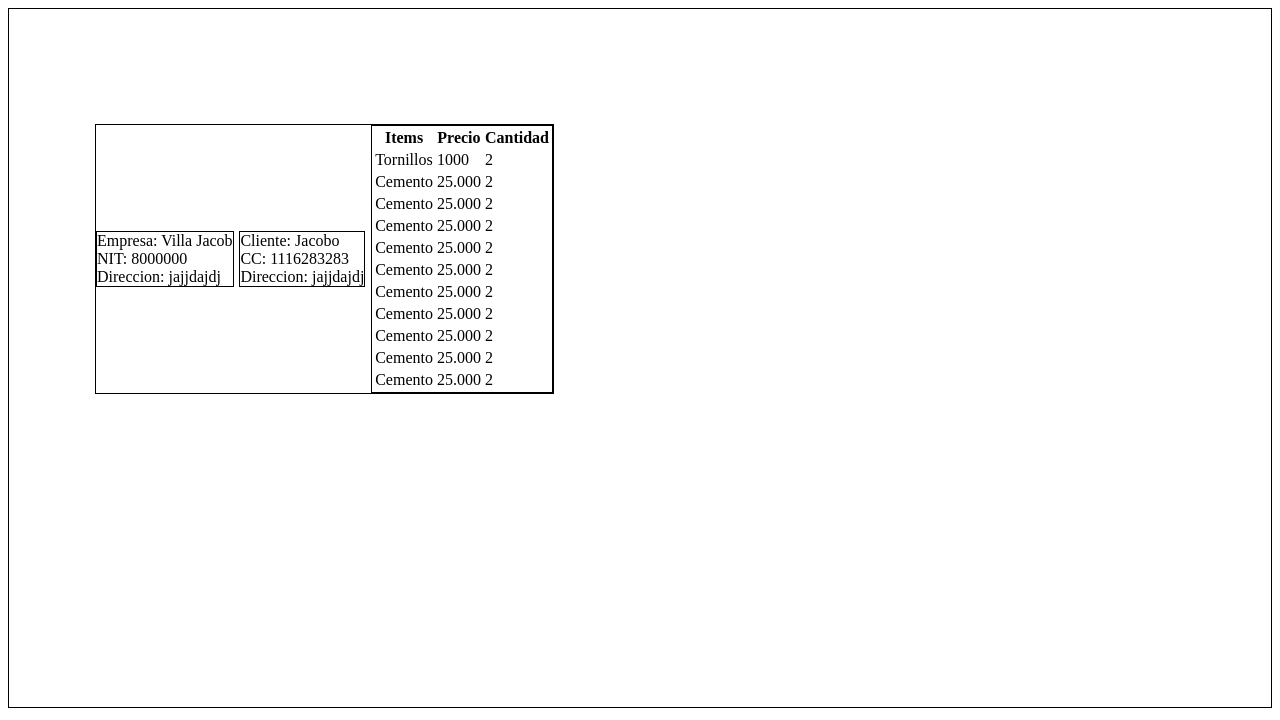
Repository: MrVanQish/FacturaEstructura
Page: index.html
An editor plug-in stored every save of this project. The page is shown before and after the next save, followed by the edit.
The browser window is 1280 px wide. The pictures show the whole page.

Above is the page before, as saved 2021-09-29 10:17:51.

After the next save:
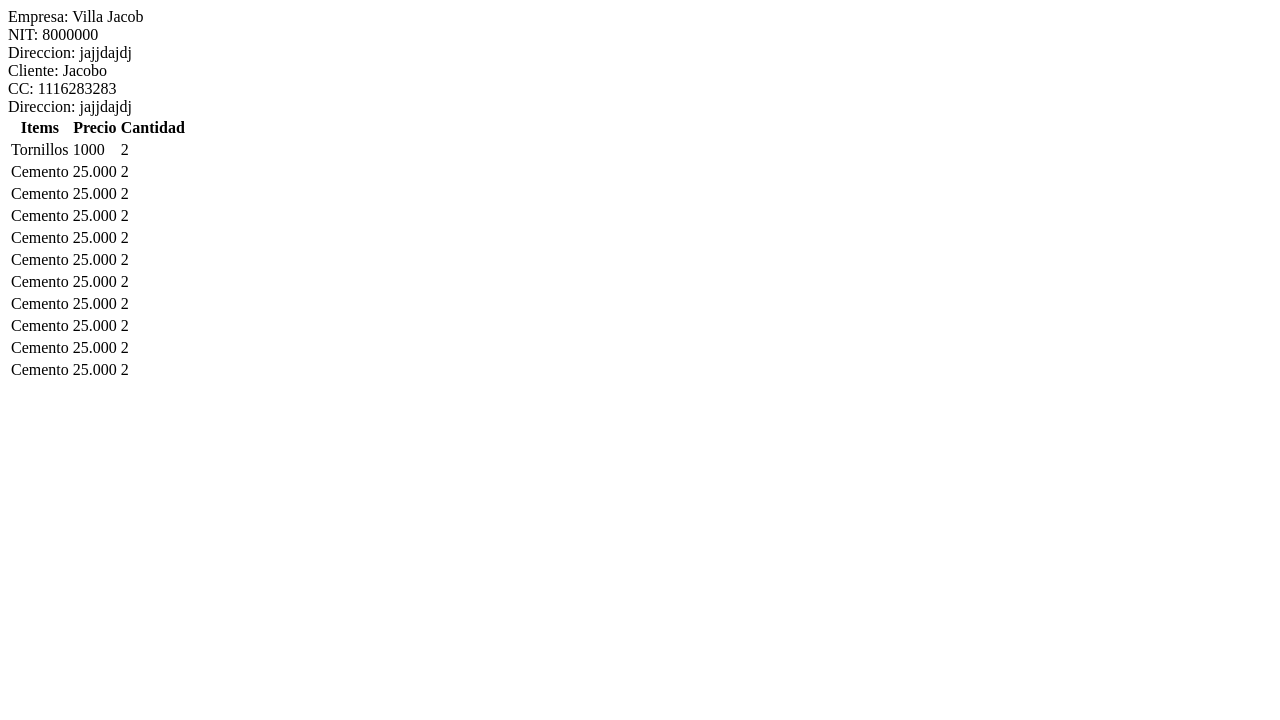
Saved 2 min 5 s later.
--- a/styles.css
+++ b/styles.css
@@ -1,4 +1,4 @@
-@page {
+/* @page {
     size: A4 landscape;
 }
 
@@ -47,4 +47,4 @@
     border: 1px solid #000;
     align-self: center;
     justify-self: center;
-}
+} */
